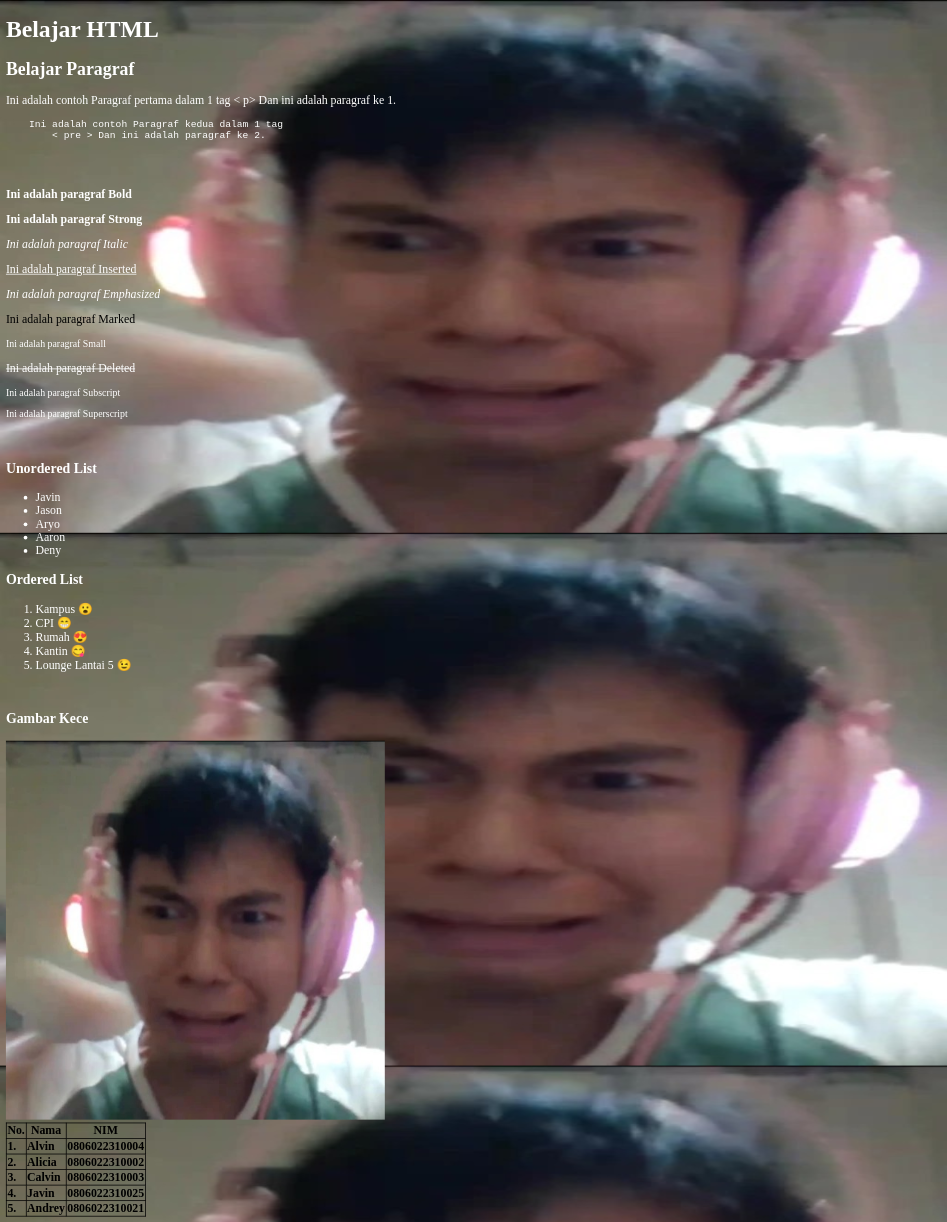
Repository: Gibekkk/WebPro
Page: Tugas HTML 1/index.html
These files come from the project's save history. The page is drawn as it stood at one moment and after the next save; the edit follows.
The browser window is 1280 px wide. The pictures show the whole page, at 74% of full size.
Backgrounds fixed to the window are drawn as part of the page.

Above is the page before, as saved 2024-03-25 10:34:31.

### Tugas HTML 1/index.html
<!DOCTYPE html>
<html lang="en">

<head>
    <meta charset="UTF-8">
    <meta name="viewport" content="width=device-width, initial-scale=1.0">
    <title>Document</title>
    <style>
        table,
        td,
        tr,
        th {
            border: 1px solid black;
            color: black;
            font-weight: 600;
            border-collapse: collapse;
            width: 200
        }
    </style>
</head>

<body style="background-image: url(javin.jpg); background-repeat: no-repeat; background-size: 100%; background-attachment: fixed; color: white">
    <h1>Belajar HTML</h1>
    <h2>Belajar Paragraf</h2>
    <p>Ini adalah contoh Paragraf pertama dalam 1 tag
        < p> Dan ini adalah paragraf ke 1.</p>
    <pre>
    Ini adalah contoh Paragraf kedua dalam 1 tag
        < pre > Dan ini adalah paragraf ke 2.
    </pre>
    <br>

    <b>
        <p>Ini adalah paragraf Bold</p>
    </b>
    <strong>
    <p>Ini adalah paragraf Strong</p>
    </strong>
    <i>
    <p>Ini adalah paragraf Italic</p>
    </i>
    <ins>
    <p>Ini adalah paragraf Inserted</p>
    </ins>
    <em>
    <p>Ini adalah paragraf Emphasized</p>
    </em>
    <mark>
        <p>Ini adalah paragraf Marked</p>
    </mark>
    <small>
        <p>Ini adalah paragraf Small</p>
    </small>
    <del>
        <p>Ini adalah paragraf Deleted</p>
    </del>
    <sub>
        <p>Ini adalah paragraf Subscript</p>
    </sub>
    <sup>
        <p>Ini adalah paragraf Superscript</p>
    </sup>
    <br>

    <h3>Unordered List</h3>
    <ul>
        <li>Javin</li>
        <li>Jason</li>
        <li>Aryo</li>
        <li>Aaron</li>
        <li>Deny</li>
    </ul>

    <h3>Ordered List</h3>
    <ol>
        <li>Kampus 😮</li>
        <li>CPI 😁</li>
        <li>Rumah 😍</li>
        <li>Kantin 😋</li>
        <li>Lounge Lantai 5 😉</li>
    </ol>
    <br>
    <h3>Gambar Kece</h3>
    <img src="javin.jpg" alt="Javin" title="Javin">
    <br>
    <table>
        <tr>
            <th>No.</th>
            <th>Nama</th>
            <th>NIM</th>
        </tr>
        <tr>
            <td>1.</td>
            <td>Alvin</td>
            <td>0806022310004</td>
        </tr>
        <tr>
            <td>2.</td>
            <td>Alicia</td>
            <td>0806022310002</td>
        </tr>
        <tr>
            <td>3.</td>
            <td>Calvin</td>
            <td>0806022310003</td>
        </tr>
        <tr>
            <td>4.</td>
            <td>Javin</td>
            <td>0806022310025</td>
        </tr>
        <tr>
            <td>5.</td>
            <td>Andrey</td>
            <td>0806022310021</td>
        </tr>
    </table>
</body>

</html>

After the next save:
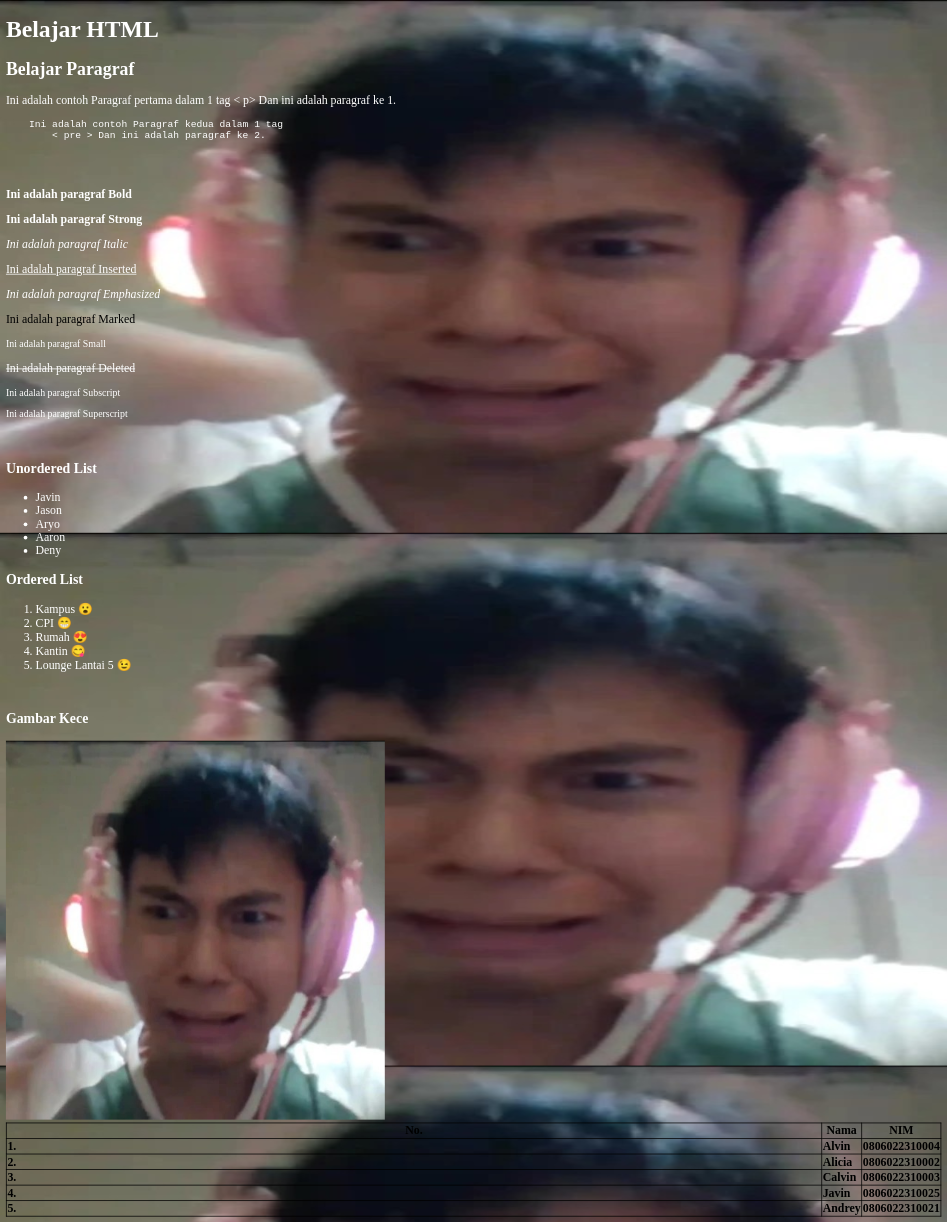
Saved 4 s later.
--- a/Tugas HTML 1/index.html
+++ b/Tugas HTML 1/index.html
@@ -14,7 +14,7 @@
             color: black;
             font-weight: 600;
             border-collapse: collapse;
-            width: 200
+            width: 100%;
         }
     </style>
 </head>

After the save that followed:
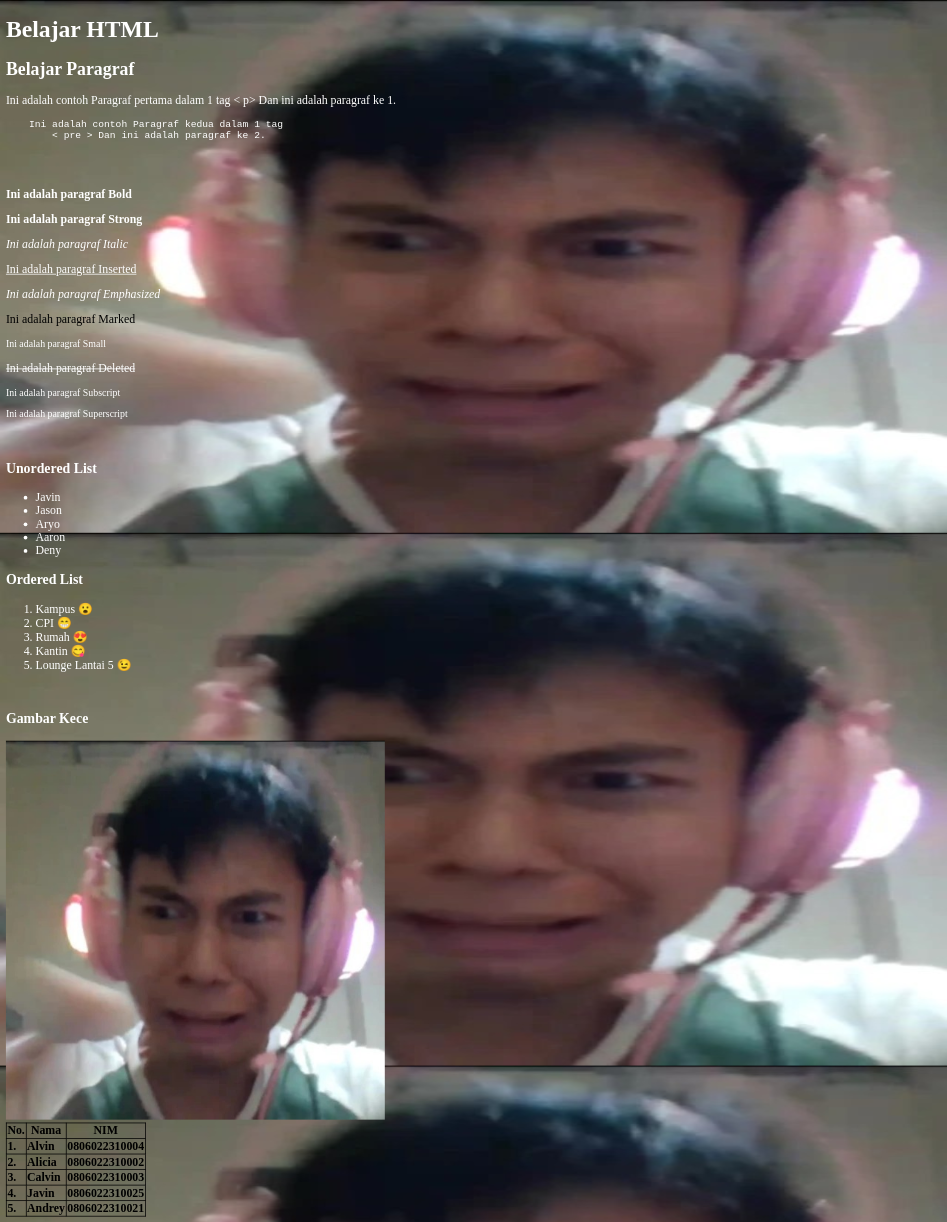
Saved 6 s later.
--- a/Tugas HTML 1/index.html
+++ b/Tugas HTML 1/index.html
@@ -14,7 +14,6 @@
             color: black;
             font-weight: 600;
             border-collapse: collapse;
-            width: 100%;
         }
     </style>
 </head>
